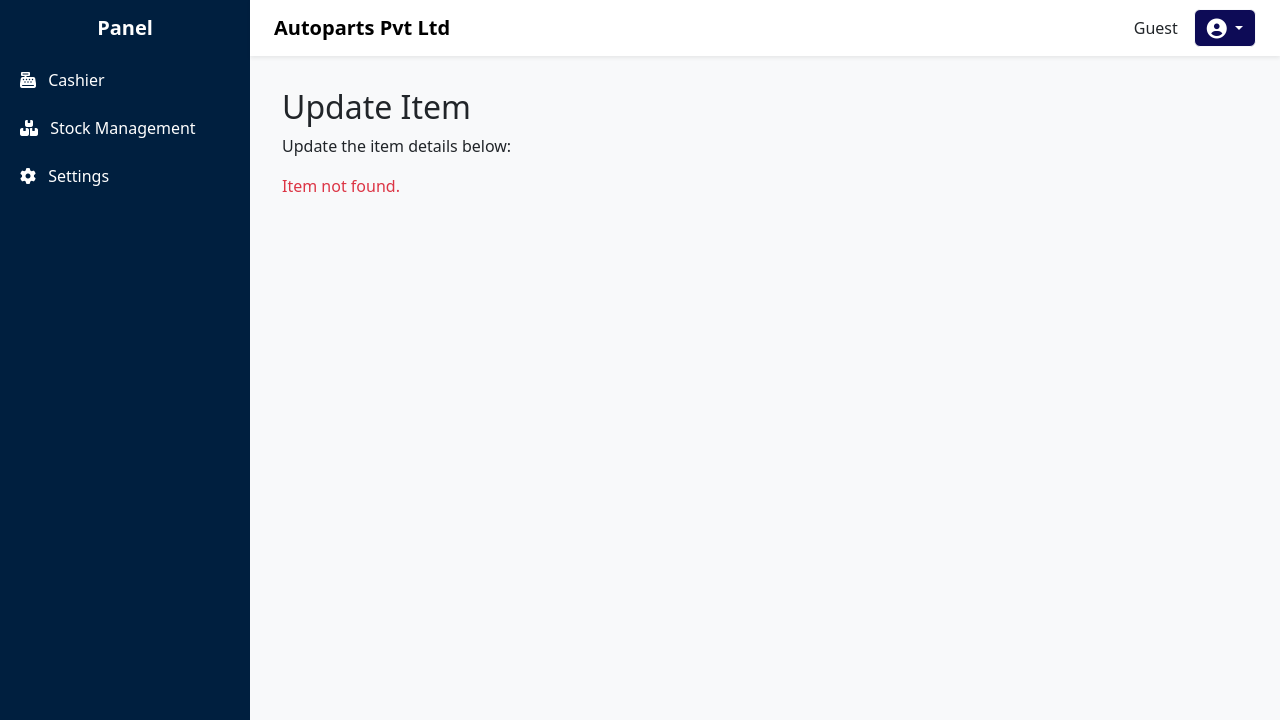
Repository: LakviduUpasara/onlineSparePartsManagementSystem
Page: http://localhost/Spare_parts_Management_Systems/Stock_manager/itemUpdate.jsp
An editor plug-in stored every save of this project. The page is shown before and after the next save, followed by the edit.
The browser window is 1280 px wide. The pictures show the whole page.
The page is served by Tomcat 9. Other server files are loaded and not shown. The template is opened directly, without the code that normally fills it, so the values that code supplies are empty.

Above is the page before, as saved 2025-05-15 07:57:52.

### Project/Project/Spare_parts_Management_Systems/src/main/webapp/Stock_manager/itemUpdate.jsp
<%@ page language="java" contentType="text/html; charset=UTF-8" pageEncoding="UTF-8"%>
<%@ page import="com.spareparts.model.Item" %>
<!DOCTYPE html>
<html lang="en">
<head>
  <meta charset="UTF-8">
  <title>Full Trade Support - Update Item</title>
  <link href="https://cdn.jsdelivr.net/npm/bootstrap@5.3.2/dist/css/bootstrap.min.css" rel="stylesheet">
  <link href="https://cdnjs.cloudflare.com/ajax/libs/font-awesome/6.5.0/css/all.min.css" rel="stylesheet">
  <style>
    body {
      display: flex;
      min-height: 100vh;
      overflow-x: hidden;
    }
    .sidebar {
      width: 250px;
      background-color: #001f3f;
      color: #fff;
      flex-shrink: 0;
      padding-top: 1rem;
    }
    .sidebar a {
      display: block;
      padding: 12px 20px;
      color: #fff;
      text-decoration: none;
      transition: background 0.3s;
    }
    .sidebar a:hover {
      background-color: #003366;
    }
    .sidebar h5 {
      text-align: center;
      margin-bottom: 1rem;
      font-weight: bold;
    }
    .main-content {
      flex-grow: 1;
      background: #f8f9fa;
    }
    .navbar {
      background-color: #ffffff;
      box-shadow: 0 2px 4px rgba(0,0,0,0.1);
    }
    .dashboard-content {
      padding: 2rem;
    }
    .btn {
      background-color: #0d0b56;
      color: white;
    }
    .btn:hover {
      background-color: #003366;
    }
    .item-image {
      width: 100px;
      height: 100px;
      object-fit: cover;
      border-radius: 4px;
      margin-bottom: 1rem;
    }
  </style>
</head>
<body>


    <% String userRole = (String) session.getAttribute("userRole"); %>
    <div class="sidebar" id="sidebar">
        <h5 class="text-center fw-bold">
            <%= userRole != null ? userRole + " Panel" : "Panel" %>
        </h5>
        <% if ("Manager".equals(userRole) || "Admin".equals(userRole)) { %>
            <a href="${pageContext.request.contextPath}/dashboard">
                <i class="fas fa-chart-line me-2"></i> Dashboard
            </a>
        <% } %>
        <a href="${pageContext.request.contextPath}/cashier">
            <i class="fas fa-cash-register me-2"></i> Cashier
        </a>

        <% if ("Admin".equals(userRole) || "Manager".equals(userRole)) { %>
            <a href="${pageContext.request.contextPath}/GetAllServlet">
                <i class="fas fa-users me-2"></i> User Management
            </a>
        <% } %>
        <% if (!"Cashier".equals(userRole)) { %>
            <a href="${pageContext.request.contextPath}/item-list">
                <i class="fas fa-boxes me-2"></i> Stock Management
            </a>
        <% } %>
        <% if ("Stock Manager".equals(userRole)) { %>
            <a href="${pageContext.request.contextPath}/order-management">
                <i class="fas fa-shopping-cart me-2"></i> Order Management
            </a>
            <a href="${pageContext.request.contextPath}/item-list">
                <i class="fas fa-box me-2"></i> Item Management
            </a>
        <% } %>
        <% if ("Admin".equals(userRole) || "Manager".equals(userRole)) { %>
            <a href="${pageContext.request.contextPath}/supplier-list">
                <i class="fas fa-truck me-2"></i> Supplier Management
            </a>
        <% } %>
        <a href="#" data-bs-toggle="collapse" data-bs-target="#settingsMenu">
            <i class="fas fa-gear me-2"></i> Settings
        </a>
        <div class="collapse ms-3" id="settingsMenu">
            <a href="${pageContext.request.contextPath}/profile.jsp" class="d-block mt-1">
                <i class="fas fa-sliders-h me-2"></i> Profile
            </a>
        </div>
    </div>

    <div class="main-content w-100">
        <nav class="navbar navbar-expand-lg navbar-light bg-white px-4 shadow-sm">
            <a class="navbar-brand fw-bold" href="#">Autoparts Pvt Ltd</a>
            <div class="ms-auto d-flex align-items-center">
                <%= session.getAttribute("Name") != null ? session.getAttribute("Name") : "Guest" %>
                <div class="dropdown ms-3">
                    <a class="btn btn-light dropdown-toggle" href="#" role="button" data-bs-toggle="dropdown">
                        <i class="fas fa-user-circle fa-lg"></i>
                    </a>
                    <ul class="dropdown-menu dropdown-menu-end">
                        <li><a class="dropdown-item" href="${pageContext.request.contextPath}/profile.jsp"><i class="fas fa-id-badge me-2"></i> Profile</a></li>
                        <li><hr class="dropdown-divider"></li>
                        <li><a class="dropdown-item text-danger" href="${pageContext.request.contextPath}/LogoutServlet"><i class="fas fa-sign-out-alt me-2"></i> Logout</a></li>
                    </ul>
                </div>
            </div>
        </nav>


    <!-- Update Item Section -->
    <div class="dashboard-content">
      <h2>Update Item</h2>
      <p>Update the item details below:</p>
      <% String error = (String) request.getAttribute("error"); %>
      <% if (error != null) { %>
          <div class="alert alert-danger"><%= error %></div>
      <% } %>
      <%
        Item item = (Item) request.getAttribute("item");
        if (item != null) {
      %>


      <!-- Only the modified form section is shown -->
<form action="item-update" method="post" enctype="multipart/form-data" class="mt-4" id="updateItemForm">
  <input type="hidden" name="itemID" value="<%= item.getItemID() %>">
  <input type="hidden" name="existingImagePath" value="<%= item.getImagePath() != null ? item.getImagePath() : "" %>">
  <div class="mb-3">
    <label for="itemName" class="form-label">Item Name</label>
    <input type="text" class="form-control" id="itemName" name="itemName" value="<%= item.getItemName() %>" required>
  </div>
  <div class="mb-3">
    <label for="itemBrand" class="form-label">Item Brand</label>
    <input type="text" class="form-control" id="itemBrand" name="itemBrand" value="<%= item.getItemBrand() != null ? item.getItemBrand() : "" %>">
  </div>
  <div class="mb-3">
    <label for="qty" class="form-label">Quantity</label>
    <input type="number" class="form-control" id="qty" name="qty" value="<%= item.getQty() %>" required min="0">
  </div>
  <div class="mb-3">
    <label for="buyPrice" class="form-label">Buy Price</label>
    <input type="number" step="0.01" class="form-control" id="buyPrice" name="buyPrice" value="<%= item.getBuyPrice() %>" required min="0">
  </div>
  <div class="mb-3">
    <label for="sellPrice" class="form-label">Sell Price</label>
    <input type="number" step="0.01" class="form-control" id="sellPrice" name="sellPrice" value="<%= item.getSellPrice() %>" required min="0">
  </div>
  <div class="mb-3">
    <label for="image" class="form-label">Item Image</label>
    <% if (item.getImagePath() != null && !item.getImagePath().isEmpty()) { %>
      <div>
        <img src="${pageContext.request.contextPath}/<%= item.getImagePath() %>" class="item-image" alt="Current Item Image">
      </div>
    <% } %>
    <input type="file" class="form-control" id="image" name="image" accept="image/*">
  </div>
  <div id="formError" class="text-danger" style="display: none;"><c:if test="${not empty messege}">
    <div class="alert alert-danger">${error}</div>
</c:if>
  </div>
  <button type="submit" class="btn btn-primary">Update Item</button>
  <a href="item-list" class="btn btn-secondary">Cancel</a>
</form>

<!-- Add to the existing <script> section -->
<script>
  document.getElementById("updateItemForm").addEventListener("submit", function(event) {
    const itemName = document.getElementById("itemName").value;
    const qty = document.getElementById("qty").value;
    const buyPrice = document.getElementById("buyPrice").value;
    const sellPrice = document.getElementById("sellPrice").value;
    const errorDiv = document.getElementById("formError");
    let error = "";

    if (!itemName.trim()) {
      error = "Item name is required";
    } else if (qty < 0) {
      error = "Quantity cannot be negative";
    } else if (buyPrice < 0) {
      error = "Buy price cannot be negative";
    } else if (sellPrice < 0) {
      error = "Sell price cannot be negative";
    }

    if (error) {
      event.preventDefault();
      errorDiv.textContent = error;
      errorDiv.style.display = "block";
    } else {
      errorDiv.style.display = "none";
    }
  });
</script>


      <% } else { %>
      <p class="text-danger">Item not found.</p>
      <% } %>
    </div>

    <!-- JS Scripts -->
    <script src="https://cdn.jsdelivr.net/npm/bootstrap@5.3.2/dist/js/bootstrap.bundle.min.js"></script>
  </div>
</body>
</html>

After the next save:
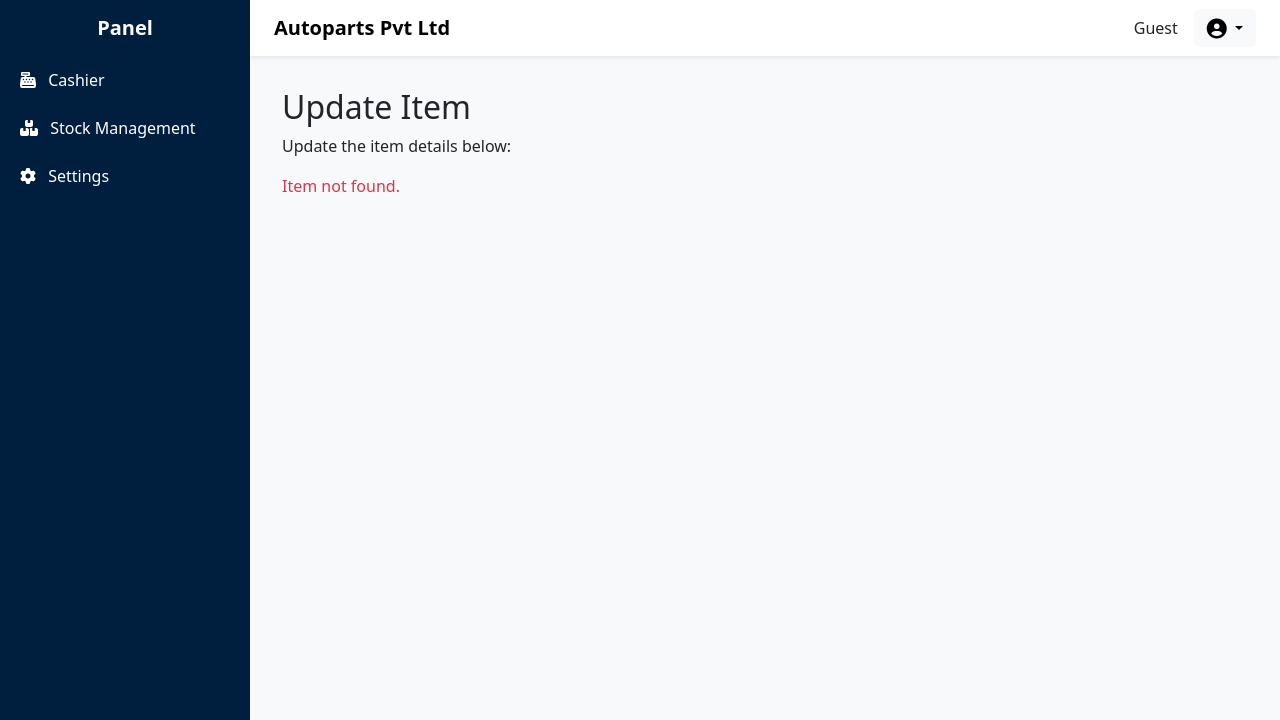
Saved 19 s later.
--- a/Project/Project/Spare_parts_Management_Systems/src/main/webapp/Stock_manager/itemUpdate.jsp
+++ b/Project/Project/Spare_parts_Management_Systems/src/main/webapp/Stock_manager/itemUpdate.jsp
@@ -8,58 +8,19 @@
   <link href="https://cdn.jsdelivr.net/npm/bootstrap@5.3.2/dist/css/bootstrap.min.css" rel="stylesheet">
   <link href="https://cdnjs.cloudflare.com/ajax/libs/font-awesome/6.5.0/css/all.min.css" rel="stylesheet">
   <style>
-    body {
-      display: flex;
-      min-height: 100vh;
-      overflow-x: hidden;
-    }
-    .sidebar {
-      width: 250px;
-      background-color: #001f3f;
-      color: #fff;
-      flex-shrink: 0;
-      padding-top: 1rem;
-    }
-    .sidebar a {
-      display: block;
-      padding: 12px 20px;
-      color: #fff;
-      text-decoration: none;
-      transition: background 0.3s;
-    }
-    .sidebar a:hover {
-      background-color: #003366;
-    }
-    .sidebar h5 {
-      text-align: center;
-      margin-bottom: 1rem;
-      font-weight: bold;
-    }
-    .main-content {
-      flex-grow: 1;
-      background: #f8f9fa;
-    }
-    .navbar {
-      background-color: #ffffff;
-      box-shadow: 0 2px 4px rgba(0,0,0,0.1);
-    }
-    .dashboard-content {
-      padding: 2rem;
-    }
-    .btn {
-      background-color: #0d0b56;
-      color: white;
-    }
-    .btn:hover {
-      background-color: #003366;
-    }
-    .item-image {
-      width: 100px;
-      height: 100px;
-      object-fit: cover;
-      border-radius: 4px;
-      margin-bottom: 1rem;
-    }
+           body { display: flex; min-height: 100vh; overflow-x: hidden; }
+        .sidebar { width: 250px; background-color: #001f3f; color: #fff; flex-shrink: 0; padding-top: 1rem; }
+        .sidebar a { display: block; padding: 12px 20px; color: #fff; text-decoration: none; transition: background 0.3s; }
+        .sidebar a:hover { background-color: #003366; }
+        .sidebar h5 { text-align: center; margin-bottom: 1rem; font-weight: bold; }
+        .main-content { flex-grow: 1; background: #f8f9fa; }
+        .navbar { background-color: #ffffff; box-shadow: 0 2px 4px rgba(0,0,0,0.1); }
+        .dashboard-content { padding: 2rem; }
+        .custom-header { background-color: #0d0b56; color: white; }
+        .btn-primary { background-color: #0d0b56; border-color: #0d0b56; }
+        .btn-primary:hover { background-color: #003366; border-color: #003366; }
+        .card { border-radius: 8px; box-shadow: 0 2px 8px rgba(0,0,0,0.1); }
+        .chart-container { max-width: 600px; margin: auto; }
   </style>
 </head>
 <body>
